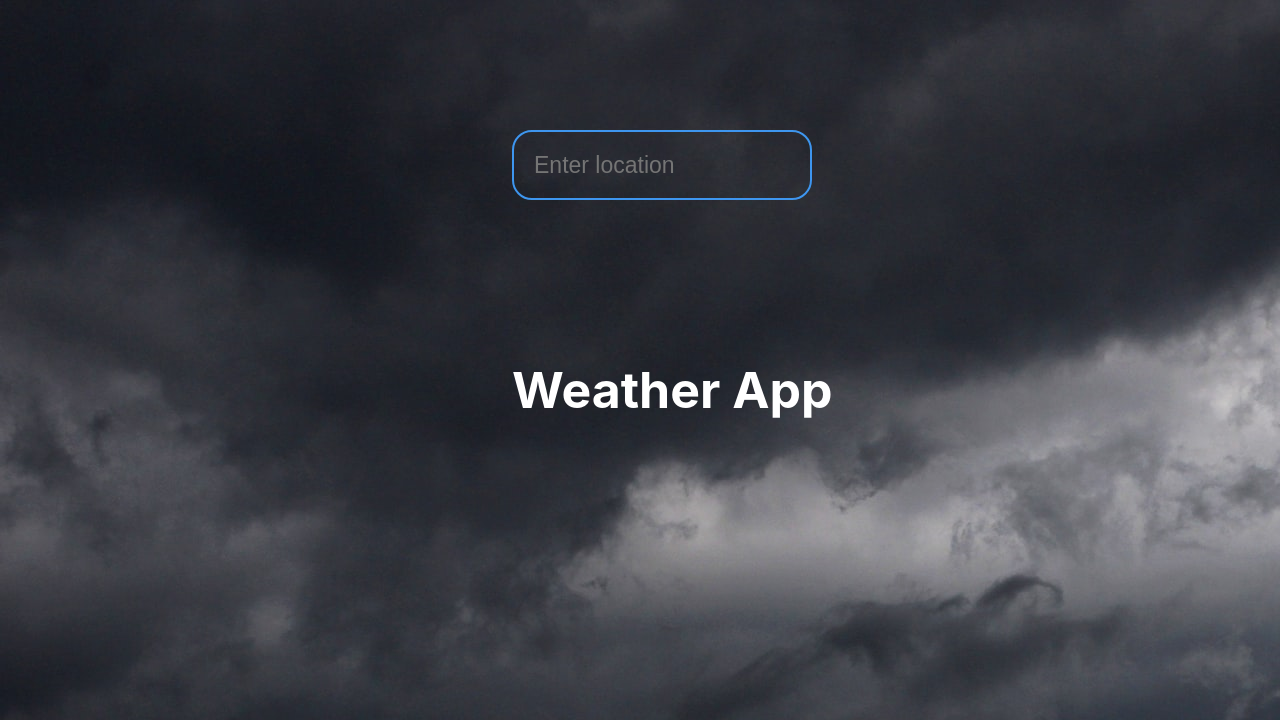
Repository: RenataDzotova/WeatherForecast
Page: /
The author's editor kept a copy of each file at every save. The page is drawn from the files as they stood at one save, then again after the next save.
The browser window is 1280 px wide. The pictures show the whole page.
The project was rebuilt for these pictures with package versions that can differ from the ones it lists, and the page was loaded fresh each time. The framework's server and built-in components were replaced by stand-ins that run in the browser. Also part of the build but not shown: next.config.js, styles/Home.module.css.

Above is the page before, as saved 2023-01-19 16:28:18.

After the next save:
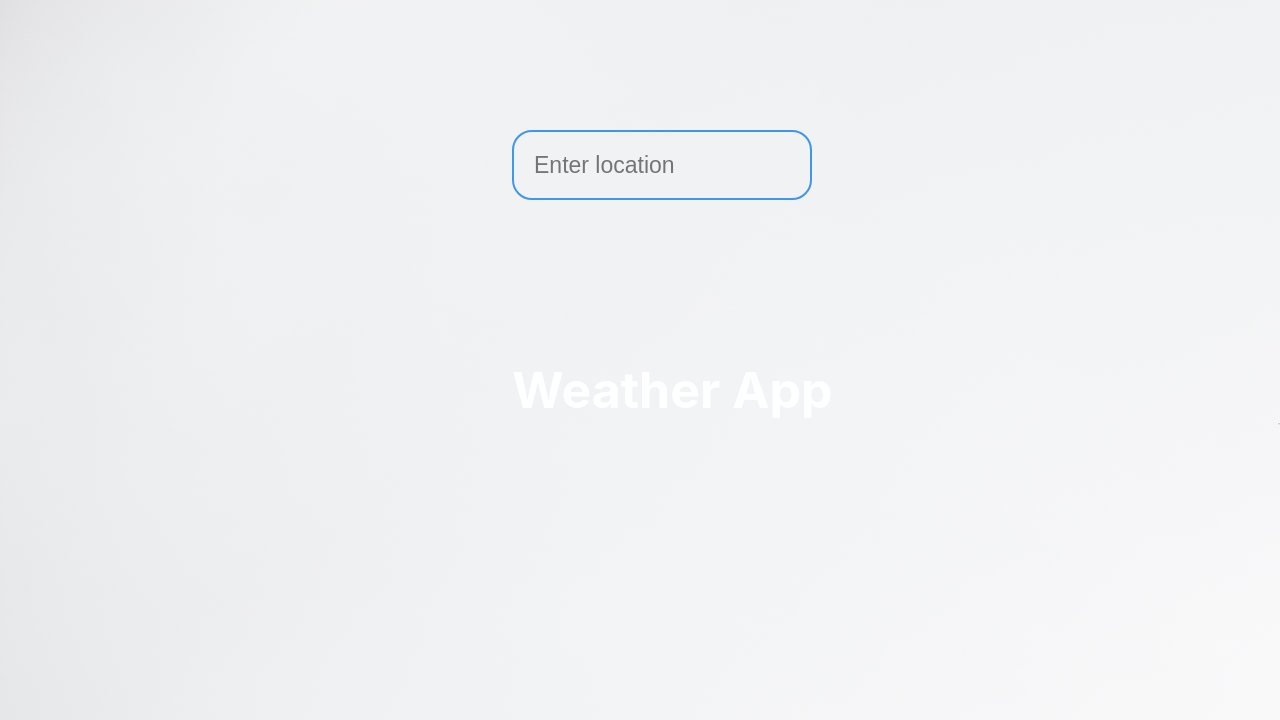
Saved 2 min 37 s later.
--- a/styles/globals.css
+++ b/styles/globals.css
@@ -4,7 +4,7 @@ body {
   margin: 0;
   font-family: -apple-system, BlinkMacSystemFont, Segoe UI, Roboto, Oxygen,
     Ubuntu, Cantarell, Fira Sans, Droid Sans, Helvetica Neue, sans-serif;
-  background-image: url("../public/henrieke-fischer-GCdigLv0h_U-unsplash.jpg");
+  background-image: url("../public/cory-bjork-nkXNnX4BG1k-unsplash.jpg");
   /* background-position: center; */
   background-repeat: no-repeat;
   display: flex;
